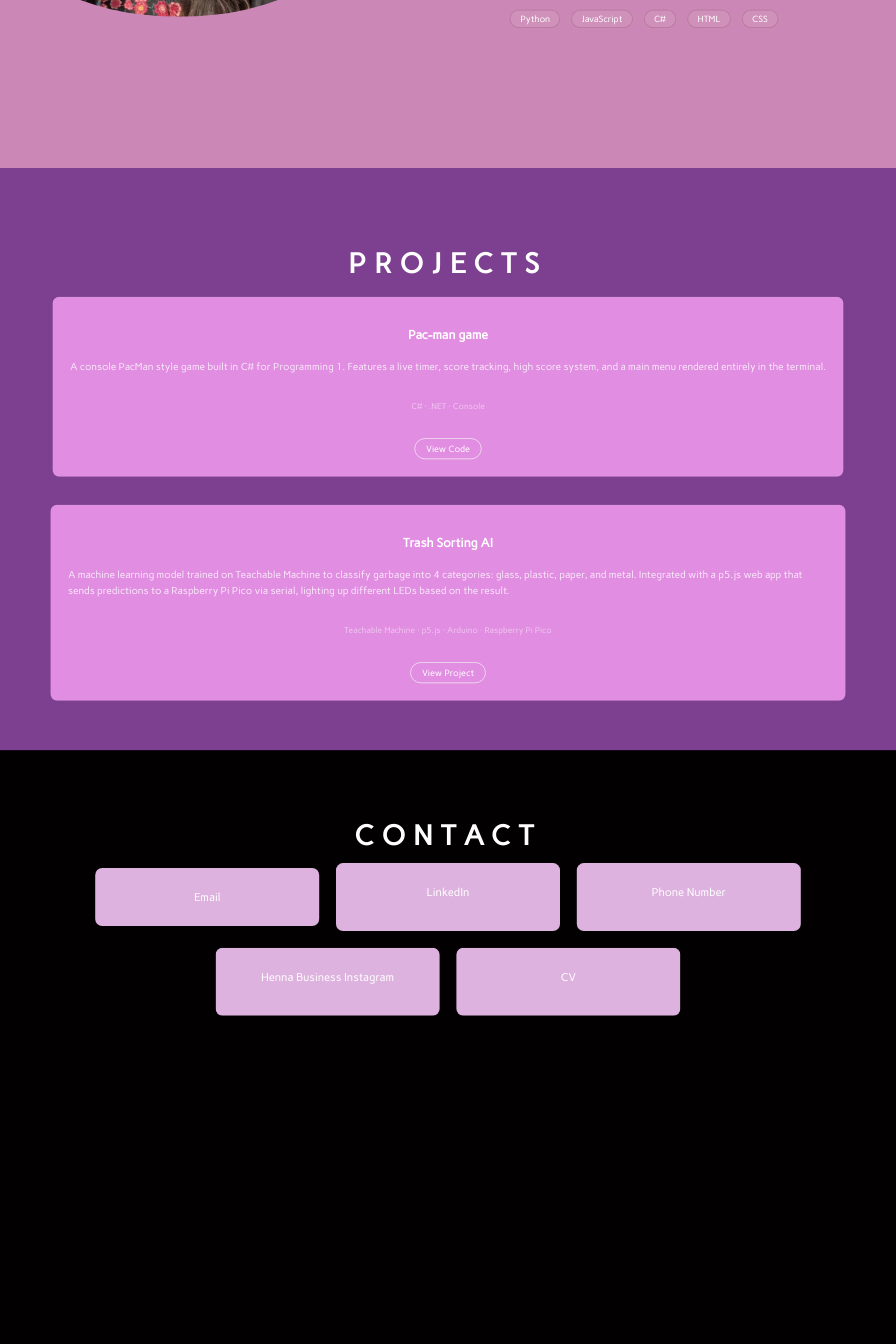
Repository: Rameen-A/Rameen-A
Page: index.html
These files come from the project's save history. The page is drawn as it stood at one moment and after the next save; the edit follows.
The browser window is 1280 px wide. The pictures show the part of the page from y = 1240 to 3160 px (the page is 3160 px tall), at 70% of full size.

Above is the page before, as saved 2026-05-07 23:11:29.

### index.html
<!DOCTYPE html>
<html lang="en">
  <head>
    <meta charset="UTF-8" />
    <meta name="viewport" content="width=device-width, initial-scale=1.0" />
    <title>My Portfolio Project</title>
    <link rel="stylesheet" href="styles/globals.css" />
    <link rel="stylesheet" href="styles/index.css" />
  </head>
  <body>
    <nav class="sidebar">
      <button class="menu-button">☰</button>
      <ul class="menu">
        <li><a href="#about">About me</a></li>
        <li><a href="#projects">View Projects</a></li>
        <li><a href="#contact">My Info </a></li>
      </ul>
    </nav>
    <!-- Hero Section -->
    <section class="hero">
      <article>
        <h1>Rameen Amir</h1>
        <h3>Computer Science student | Business Artist</h3>
        <a href="#projects">View Projects</a>
      </article>
    </section>
    <!-- About Me Section -->
    <section class="about" id="about">
      <img
        src="assets/images/686415663_1672869123865112_6993977710073232581_n.jpg"
        alt="Profile Picture"
      />
      <!-- !my image doesnt have srcset - will add in the end -->
      <!-- !need an svg for menu bar and other spots - will end in the end-->

      <div class="about-content">
        <h2 class="aboutMe">About Me</h2>
        <p>
          I am a Computer Science student with a passion for business and
          creating. I have experience in c# and UI, project and management. I am
          always looking for new opportunities to learn and grow in both fields.
        </p>
        <p class="tools-labels">Tools & Technologies:</p>
        <ul class="tools-list">
          <li>Python</li>
          <li>JavaScript</li>
          <li>C#</li>
          <li>HTML</li>
          <li>CSS</li>
        </ul>
      </div>
    </section>
    <!-- Projects Section -->
    <section class="projects" id="projects">
      <h2>Projects</h2>
      <div class="cards">
        <article class="card">
          <h3>Pac-man game</h3>
          <p>
            A console PacMan style game built in C# for Programming 1. Features
            a live timer, score tracking, high score system, and a main menu
            rendered entirely in the terminal.
          </p>
          <p class="tech">C# · .NET · Console</p>
          <a href="" target="_blank">View Code</a>
        </article>
        <article class="card">
          <h3>Trash Sorting AI</h3>
          <p>
            A machine learning model trained on Teachable Machine to classify
            garbage into 4 categories: glass, plastic, paper, and metal.
            Integrated with a p5.js web app that sends predictions to a
            Raspberry Pi Pico via serial, lighting up different LEDs based on
            the result.
          </p>
          <p class="tech">
            Teachable Machine · p5.js · Arduino · Raspberry Pi Pico
          </p>
          <a href="" target="_blank">View Project</a>
        </article>
      </div>
    </section>
    <!-- Contact Section -->
    <section class="contact">
      <h2 id="contact">Contact</h2>
      <div class="contact-cards">
        <div class="contact-card">
          <p class="default">Email</p>
          <a href="mailto:rameenamir.ca@gmail.com" class="hover-text"
            >rameenamir.ca@gmail.com</a
          >
        </div>

        <div class="contact-card">
          <p class="contact-label">LinkedIn</p>
          <a
            href="https://www.linkedin.com/in/rameen-amir-5a9912349/"
            target="_blank"
            >Rameen Amir</a
          >
        </div>
        <div class="contact-card">
          <p class="contact-label">Phone Number</p>
          <a href="tel:5145617912">514-561-7912</a>
        </div>
        <div class="contact-card">
          <p class="contact-label">Henna Business Instagram</p>
          <a
            href="https://www.instagram.com/henna_byrameen?igsh=OGZzczk1ZWl6bW9p"
            target="_blank"
            >Henna_byrameen</a
          >
        </div>
        <div class="contact-card">
          <p class="contact-label">CV</p>
          <a href="assets/images/rameen cv 26.png" target="_blank">View CV</a>
        </div>
      </div>
    </section>
  </body>
  <script>
    const button = document.querySelector(".menu-button");
    const menu = document.querySelector(".menu");
    const links = document.querySelectorAll(".menu a");

    button.addEventListener("click", () => {
      menu.classList.toggle("show");
    });

    links.forEach((link) => {
      link.addEventListener("click", () => {
        menu.classList.remove("show");
      });
    });
  </script>
</html>

### styles/globals.css
/* FONT DEFS */
@font-face {
  font-family: "main font";
  src: url(../assets/fonts/Carme/Carme-Regular.ttf);
}

/* CROSS PAGE STYLES */
body {
  color: white;
  font-family: "main font", Verdana, sans-serif;
  margin: auto; /* ! margin needs to be default so 0*/
}

h1 {
  font-weight: bold;
  text-transform: uppercase;
  font-size: 1.5rem; /*! too small for desktop*/
}

a {
  text-decoration: none;
  color: white;
  font-size: 0.75rem; /*! too small*/
}
ul {
  list-style: none;
  padding: 0;
  margin: 0;
}
a:hover {
  text-decoration: underline;
}

### styles/index.css
body {
  margin: 0;
  top: 0;
  background-color: black;
}

.hero {
  display: flex;
  align-items: center;
  justify-content: center;
  text-align: center;
  height: 100vh;

  background-image: url(../assets/images/9a61269bd961543ec7b161a66536ad3a.gif);
  background-size: cover;
  background-position: center;
  background-repeat: no-repeat;
}
.hero a,
.card a {
  border: 2px solid rgb(238, 236, 236);
  padding: 0.5rem;
  border-radius: 20px;
}
article {
  opacity: 1;
}
/*menu bar */
.menu {
  position: fixed;
  top: 0;
  left: -25%;
  width: 25%;
  height: 100vh;
  background: rgba(0, 0, 0, 0.9);

  display: flex;
  flex-direction: column;
  padding-top: 5rem;
}

.menu.show {
  left: 0;
  transition: left 0.3s ease;
}
.menu-button {
  opacity: 0.6;
  font-size: 2rem;

  background: transparent;
  border: none;
  outline: 2px solid transparent;

  color: white;
  cursor: pointer;
}

/*about me section */
.about {
  display: flex;
  align-items: center;
  justify-content: center;
  min-height: 100vh;
  text-align: center;

  background-color: rgb(203, 135, 181);
}
.about h2 {
  font-size: 1.75rem;
  margin-bottom: 1rem;
  letter-spacing: 0.3em;
  text-transform: uppercase;
}
.about-content {
  display: flex;
  flex-direction: column;
  align-items: center;
  gap: 1.5rem;
  margin: 0 1rem;
  width: 100%;
  max-width: 90%;
  text-align: left;
}
.about img {
  max-width: 40%;
  border-radius: 50%;
  overflow: hidden;
  display: inline-block;
  vertical-align: middle;
}
.about-list li {
  font-size: 0.95rem;
  line-height: 1.5;
}

.tools-labels {
  font-size: 0.8rem;
  text-transform: uppercase;
  letter-spacing: 0.08em;
  text-align: left;
  margin-bottom: 0.5rem;
}
.tools-list {
  display: flex;
  flex-wrap: wrap; /* allows items to wrap / internet*/
  gap: 1rem;
  text-align: left;
}
.tools-list li {
  background-color: rgba(255, 252, 252, 0.08);
  border: 1px solid rgba(82, 4, 35, 0.2);
  border-radius: 20px;
  padding: 0.3rem 0.85rem;
  font-size: 0.8rem;
}
/*PROJECTS*/
.projects {
  display: flex;
  justify-content: center;
  min-height: 100vh;
  background-color: rgb(125, 64, 144);
  align-items: center;
  padding-top: 4rem;
  padding-bottom: 3rem;
  flex-direction: column;
}
.projects h2 {
  font-size: 1.75rem;
  margin-bottom: 1rem;
  letter-spacing: 0.3em;
  text-transform: uppercase;
}

.cards {
  display: flex;
  flex-direction: column;
  gap: 1.5rem;
  align-items: center;
  margin: 0 1rem;
  width: 100%;
  max-width: 90%;
  text-align: left;
}
.card {
  background-color: #e18de1;
  border: 1px solid rgba(230, 216, 225, 0.1);
  border-radius: 10px;
  padding: 1.5rem;
  text-align: left;
  display: flex;
  flex-direction: column;
  align-items: center;
  gap: 1rem;
  margin: 0.5rem;
}

.card:hover {
  border-color: rgba(180, 26, 26, 0.4);
}

.card h3 {
  font-size: 1.1rem;
  margin-bottom: 0.5rem;
}

.card p {
  font-size: 0.9rem;
  line-height: 1.6;
  opacity: 0.8;
  margin: 0 0 0.5rem 0;
}

.card .tech {
  font-size: 0.75rem;
  opacity: 0.5;
  margin: 0.75rem 0;
}

.card a {
  display: inline-block;
  border: 1px solid rgb(244, 239, 242);
  padding: 0.4rem 1rem;
  border-radius: 20px;
  font-size: 0.8rem;
  margin-top: 0.5rem;
}

.card a:hover {
  background-color: rgb(247, 235, 235);
  color: #0a1628;
  text-decoration: none;
}

/*CONTACT PAGE*/
.contact {
  display: flex;
  flex-direction: column;
  align-items: center;

  min-height: 100vh;
  padding: 4rem 1rem;

  background-color: rgb(2, 0, 0);
}
.contact h2 {
  font-size: 1.75rem;
  margin-bottom: 1rem;
  letter-spacing: 0.3em;
  text-transform: uppercase;
}
.contact-cards {
  display: flex;
  flex-direction: column;
  gap: 1.5rem;

  width: 100%;
  max-width: 90%;

  align-items: center;
}
.contact-card {
  background-color: #deb2de;
  padding: 1rem;
  border-radius: 10px;
  text-align: center;
  position: relative;
  overflow: hidden;
  width: 90%;
  max-width: 18rem;
}
.default {
  display: block;
  transition: opacity 0.3s ease;
}
.hover-text {
  position: absolute;
  inset: 0; /* fills the card */

  display: flex;
  align-items: center;
  justify-content: center;

  opacity: 0;
  transition: opacity 0.3s ease;
}
.contact-card:hover {
  transform: translateY(-5px);
  transition: transform 0.3s ease;
}
.contact-card a {
  opacity: 0;
  transition: opacity 0.3s ease;
  display: block;
  margin-top: 0.5rem;
  background-color: rgb(8, 0, 8);
}
.contact-card:hover a {
  opacity: 1;
  background-color: #ed8eda;
}
.contact-card:hover .default {
  opacity: 0;
}

.contact-card:hover .hover-text {
  opacity: 1;
}
.contact-card .label {
  font-size: 1rem;
  text-transform: uppercase;
}

/* nav mods */
nav {
  position: sticky;
  top: 0;
}

nav ul {
  display: flex;
  justify-content: flex-end;
  margin: 0rem;
}

nav ul li {
  list-style: none;
  margin: 1rem;
}

/* Mobile-first navigation */
nav ul {
  justify-content: center;
}

/* Tablet and desktop layouts */
@media (min-width: 768px) {
  nav ul {
    justify-content: flex-end;
  }

  .about {
    flex-direction: row;
    gap: 3rem;
    text-align: left;
  }

  .cards {
    flex-direction: row;
    flex-wrap: wrap;
    justify-content: center;
  }

  .contact-cards {
    flex-direction: row;
    flex-wrap: wrap;
    justify-content: center;
  }

  .about h2,
  .projects h2,
  .contact h2 {
    font-size: 2.5rem;
  }
}

After the next save:
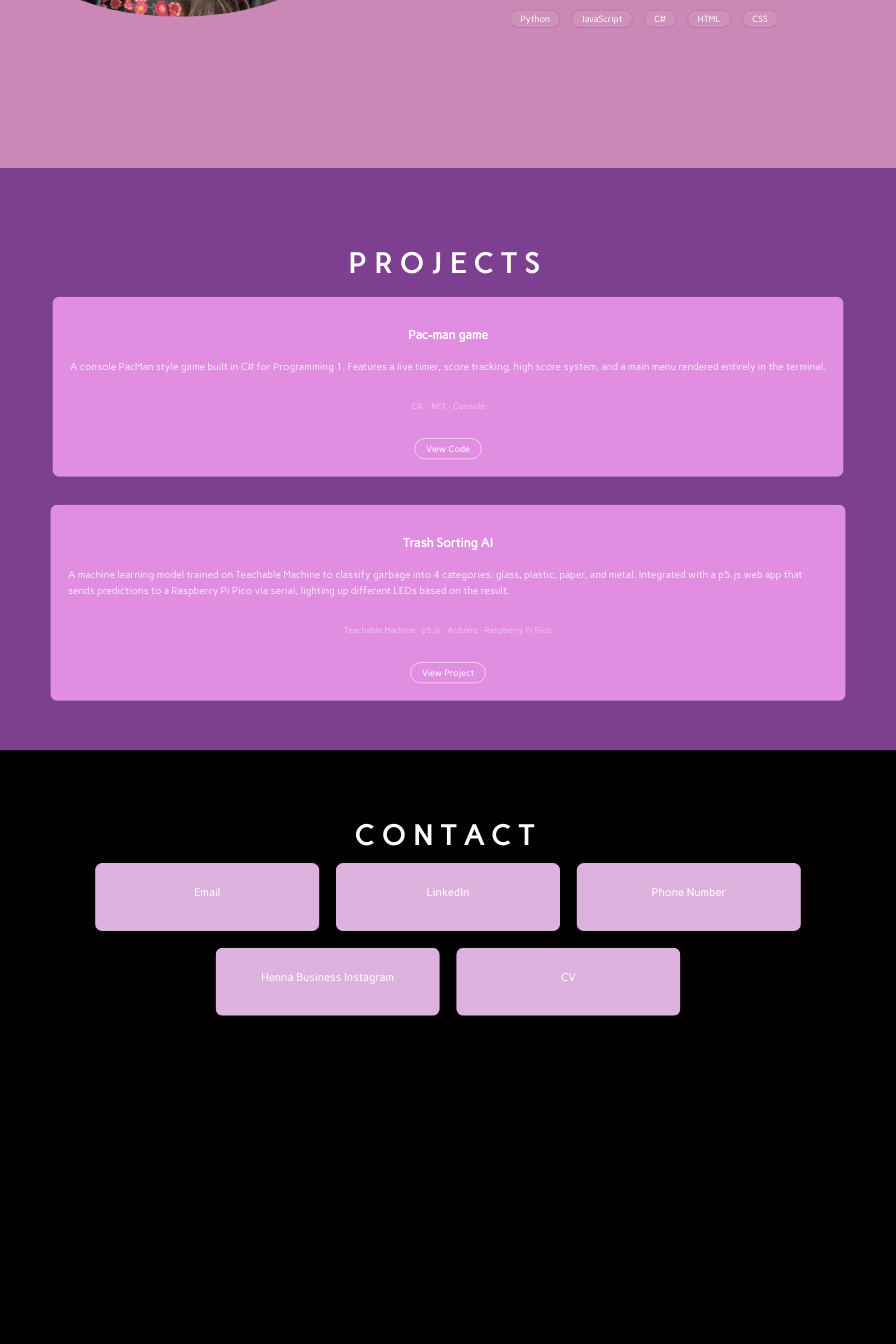
Saved 11 s later.
--- a/styles/index.css
+++ b/styles/index.css
@@ -314,6 +314,7 @@ nav ul {
     flex-direction: row;
     flex-wrap: wrap;
     justify-content: center;
+    align-items: stretch;
   }
 
   .about h2,
